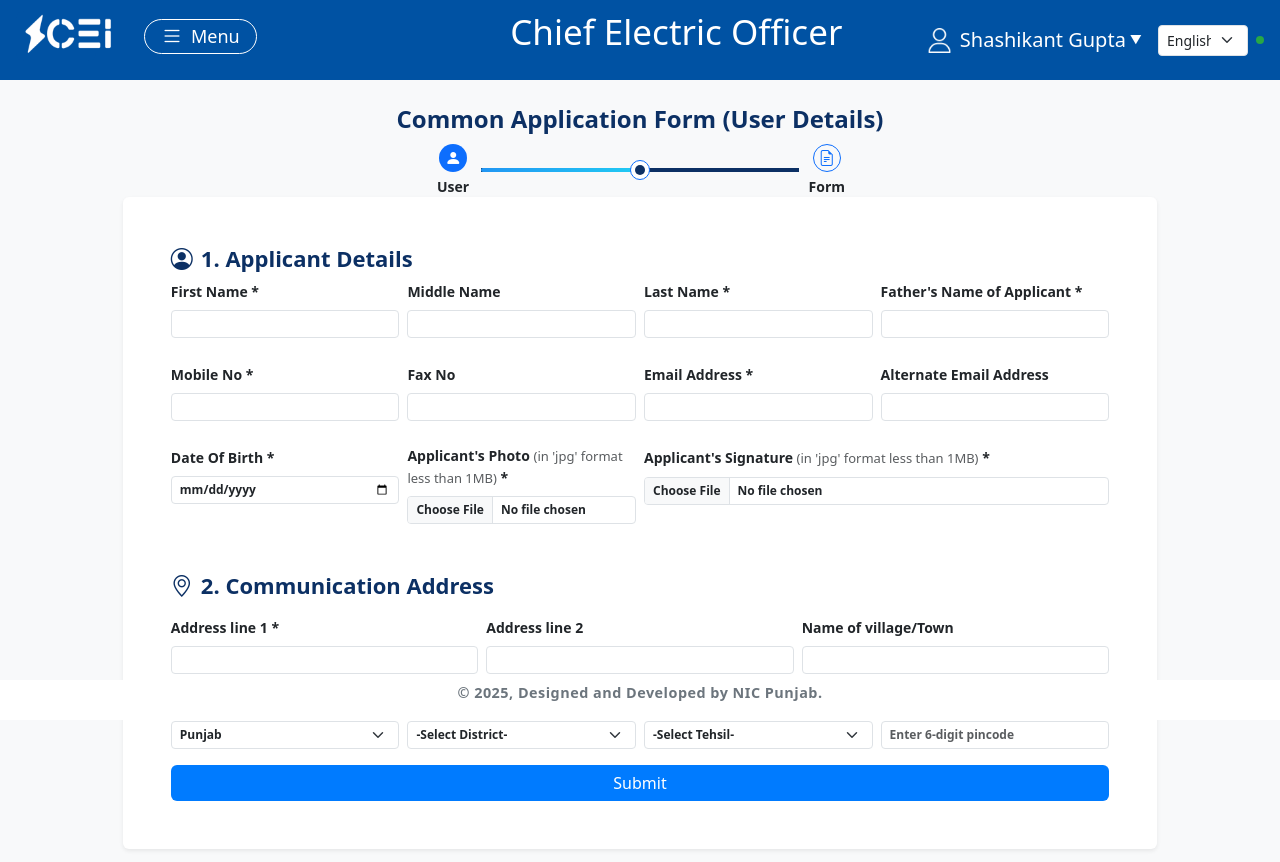
Repository: shashikantdev93-gif/CEI-sept
Page: /RegisterationForm
An editor plug-in stored every save of this project. The page is shown before and after a run of saves, followed by the edit.
The browser window is 1280 px wide. The pictures show the whole page.
The page's requests for data from a server got no answer. The project was rebuilt for these pictures with package versions that can differ from the ones it lists, and the page was loaded fresh each time. No one was signed in, and anything a server would have sent is missing. Also part of the build but not shown: vite.config.ts, src/styles/sidebar-zoom.css, src/components/PageComponent/Sidebar.tsx, src/components/PageComponent/Header2.tsx, src/components/PageComponent/PageHeader.tsx, src/components/Illustration/Illustration.tsx, src/components/CardContainer/CardContainer.tsx, src/hooks/useFormValidation.ts and 8 more. Imported but missing from the stored project, and not drawn on this page: src/components/ui.

Above is the page before, as saved 2025-07-28 08:43:51.

### src/index.css
:root {
  font-family: Inter, -apple-system, BlinkMacSystemFont, "Segoe UI", Roboto, "Helvetica Neue", Arial, sans-serif, "Apple Color Emoji", "Segoe UI Emoji", "Segoe UI Symbol";
  line-height: 1.5;
  font-weight: 400;

  color-scheme: light dark;
  color: rgba(255, 255, 255, 0.87);
  background-color: #242424;

  font-synthesis: none;
  text-rendering: optimizeLegibility;
  -webkit-font-smoothing: antialiased;
  -moz-osx-font-smoothing: grayscale;
}

a {
  font-weight: 500;
  color: #646cff;
  text-decoration: inherit;
}
a:hover {
  color: #535bf2;
}

/* Global Reset */
*, *::before, *::after {
  margin: 0;
  padding: 0;
  box-sizing: border-box;
}

html, body {
  margin: 0;
  padding: 0;
  width: 100%;
  height: 100%;
}

body {
  margin: 0;
  padding: 0;
}

h1 {
  font-size: 3.2em;
  line-height: 1.1;
}

button {
  border-radius: 8px;
  border: 1px solid transparent;
  padding: 0.6em 1.2em;
  font-size: 1em;
  font-weight: 500;
  font-family: inherit;
  background-color: #1a1a1a;
  cursor: pointer;
  transition: border-color 0.25s;
}
button:hover {
  border-color: #646cff;
}
button:focus,
button:focus-visible {
  outline: 4px auto -webkit-focus-ring-color;
}

@media (prefers-color-scheme: light) {
  :root {
    color: #213547;
    background-color: #ffffff;
  }
  a:hover {
    color: #747bff;
  }
  button {
    background-color: #f9f9f9;
  }
}

### src/App.tsx
import Router from "./router/router";
import './App.css'
import './styles/main.css'
import "bootstrap-icons/font/bootstrap-icons.css";

function App() {

  return <Router />;

}

export default App

### src/router/router.tsx

import { BrowserRouter as Router, Routes, Route } from "react-router-dom";
import BaseLayout from "../layouts/BaseLayout";
import Login from "../pages/login/login";
import Signup from "../pages/signup/signup";
import Register from "../pages/register/register";


const RouterPage = () => (
  <Router>
    <Routes>
      <Route path="/" element={<Login />} />
      <Route path="/login" element={<Login />} />
      <Route path="/signup" element={<Signup />} />
      <Route
        path="/RegisterationForm"
        element={
          <BaseLayout headerType="Header1">
            <Register />
          </BaseLayout>
        }
      />
    </Routes>
  </Router>
);

export default RouterPage;

### src/App.css
#root {
  margin: 0;
  padding: 0;
  width: 100%;
  height: 100%;
}

.logo {
  height: 6em;
  padding: 1.5em;
  will-change: filter;
  transition: filter 300ms;
}
.logo:hover {
  filter: drop-shadow(0 0 2em #646cffaa);
}
.logo.react:hover {
  filter: drop-shadow(0 0 2em #61dafbaa);
}

@keyframes logo-spin {
  from {
    transform: rotate(0deg);
  }
  to {
    transform: rotate(360deg);
  }
}

@media (prefers-reduced-motion: no-preference) {
  a:nth-of-type(2) .logo {
    animation: logo-spin infinite 20s linear;
  }
}

.card {
  padding: 2em;
}

.read-the-docs {
  color: #888;
}

### src/layouts/BaseLayout.tsx
import React from 'react';
import Header1 from '../components/PageComponent/Header1';
import Header2 from '../components/PageComponent/Header2';

type HeaderType = 'Header1' | 'Header2' | 'none';

interface BaseLayoutProps {
  headerType?: HeaderType;
  children: React.ReactNode;
}

const BaseLayout: React.FC<BaseLayoutProps> = ({ headerType = 'Header1', children }) => {
  const headers: Record<Exclude<HeaderType, 'none'>, React.ReactElement> = {
    Header1: <Header1 />,
    Header2: <Header2 />,
  };

  return (
    <>
      {headerType !== 'none' && headers[headerType]}
      <main>{children}</main>
    </>
  );
};

export default BaseLayout;

### src/components/PageComponent/Header1.tsx
'use client';
import React, { useState, useRef, useEffect } from 'react';
import Sidebar from './Sidebar';
import { useAuth } from '../../hooks/useAuth';
import { ToastService } from '../../utils';
import Logo from '../Logo/Logo';

const user = {
  name: 'Shashikant Gupta',
  profileImg: '/assets/images/user-icon.png',
};

const Header1: React.FC = () => {
  const [sidebarOpen, setSidebarOpen] = useState(false);
  const [dropdownOpen, setDropdownOpen] = useState(false);
  const dropdownRef = useRef<HTMLDivElement>(null);
  const { logout } = useAuth();

  const handleLogout = async () => {
    try {
      await logout();
      ToastService.success('Logged out successfully!');
    } catch (error) {
      ToastService.error('Logout failed. Please try again.');
    }
  };

  useEffect(() => {
    function handleClickOutside(event: MouseEvent) {
      if (dropdownRef.current && !dropdownRef.current.contains(event.target as Node)) {
        setDropdownOpen(false);
      }
    }
    if (dropdownOpen) {
      document.addEventListener('mousedown', handleClickOutside);
    } else {
      document.removeEventListener('mousedown', handleClickOutside);
    }
    return () => {
      document.removeEventListener('mousedown', handleClickOutside);
    };
  }, [dropdownOpen]);

  return (
    <>
      {sidebarOpen && <Sidebar isOpen={sidebarOpen} onClose={() => setSidebarOpen(false)} onLogout={handleLogout} />}
      <header className="position-fixed top-0 w-100 d-flex align-items-center px-3" style={{ height: 80, backgroundColor: '#0052a3', zIndex: 1000 }}>

        {/* Left: Logo & Title */}
        <div className="d-flex align-items-center flex-grow-1">
          <div className="d-flex align-items-center justify-content-between mb-2" style={{ minWidth: '80px', width: '80px' }} >
              <div className="d-flex align-items-center">
                <div className="header-logo-box me-3" style={{ display: 'flex', alignItems: 'center', backgroundColor: '#0052a3', borderRadius: '8px',width: '80px',minWidth: '80px', height: '50px' }}>
                  <Logo title="" subtitle="" titleColor="#fff" subtitleColor="#fff" />
                </div>
              </div>

              <div style={{ width: '150px' }}></div> {/* Spacer to balance the layout */}
            </div>

          {/* Sidebar Icon */}
         <button
            className="btn d-flex align-items-center mb-2 gap-2 px-3 py-0 ms-5 border border-white rounded-pill bg-transparent text-white"
            style={{ fontWeight: 500, fontSize: 18, minWidth: 90}}
            onClick={() => setSidebarOpen(true)}
            aria-label="Open sidebar"
          >
            <i className="bi bi-list" style={{ fontSize: 22 }}></i>
            <span>Menu</span>
          </button>
        </div>

        {/* Center: Title */}
        <div className="flex-grow-1 ms-5 d-flex align-items-center justify-content-center">
             <div className="title-box me-3 fw-bold" >
                  <h4 style={{ color: '#fff', fontSize: "35px", height: "50px", }}>Chief Electric Officer</h4>
                </div>
        </div>

        {/* Right: Profile & Language */}
        <div className="d-flex align-items-center gap-3">

          {/* Profile Info */}
          <div className="d-flex align-items-center position-relative" ref={dropdownRef} style={{ cursor: 'pointer' }} onClick={() => setDropdownOpen((v) => !v)}>
            <img
              src={user.profileImg}
              alt="Profile Icon"
              style={{
                width: 25,
                height: 25,
                objectFit: 'contain',
                filter: 'brightness(2) invert(1)'
              }}
              className="me-2"
            />
            <span className="text-white fw-medium" style={{ fontSize: 20 }}>
              {user.name}
            </span>
            <span className="ms-1 text-white" style={{ fontSize: 12 }}>▼</span>
            {dropdownOpen && (
              <div className="position-absolute end-0 mt-2 bg-white rounded shadow" style={{ minWidth: 160, zIndex: 100, top: '100%' }}>
                <div className="d-flex align-items-center gap-2 px-3 py-2 dropdown-item" style={{ cursor: 'pointer' }}>
                  <img src="/assets/images/view_pass.png" alt="Change Password" style={{ width: 20, height: 20, objectFit: 'contain' }} />
                  <span className="text-dark">Change Password</span>
                </div>
                <div className="d-flex align-items-center gap-2 px-3 py-2 dropdown-item" style={{ cursor: 'pointer' }} onClick={handleLogout}>
                  <img src="/assets/images/logout-icon.svg" alt="Logout" style={{ width: 18, height: 18, objectFit: 'contain' }} />
                  <span className="text-dark">Logout</span>
                </div>
              </div>
            )}
          </div>
          {/* Language & Status */}
          <div className="d-flex align-items-center gap-2">
            <select className="form-select form-select-sm" defaultValue="en" style={{ width: 90 }}>
              <option value="en">English</option>
              <option value="pn">ਪੰਜਾਬੀ</option>
            </select>
            <span style={{
              width: 8,
              height: 8,
              backgroundColor: '#28a745',
              borderRadius: '50%',
              display: 'inline-block'
            }}></span>
          </div>
        </div>
      </header>
    </>
  );
};

export default Header1;

### src/components/Logo/Logo.tsx
import React from "react";

interface LogoProps {
  title?: string;
  subtitle?: string;
  titleColor?: string;
}

const Logo: React.FC<LogoProps & { subtitleColor?: string }> = ({
  title = "Chief Electric ",
  subtitle = "Inspector",
  titleColor = "#0c3064",
  subtitleColor = "#0c3064",
}) => {
  return (
    <div className="mb-4 d-flex align-items-center">
      <img
        src="/assets/images/cei_logo.jpg"
        alt="Logo"
        style={{ height: "40px", width: "90px", marginTop: "20px", marginLeft: "8px" }}
      />
      <span className="fw-bold" style={{ fontSize: "27px", height: "30px", marginTop: "10px", marginLeft: "25px", color: titleColor, whiteSpace: "nowrap" }}>
        {title} <span style={{ color: subtitleColor }}>{subtitle}</span>
      </span>
    </div>
  );
};

export default Logo;

### src/components/Footer/Footer.tsx
import React from "react";

interface FooterProps {
  text?: string;
}

const Footer: React.FC<FooterProps> = ({
  text = "© 2025, Designed and Developed by NIC Punjab."
}) => {
  return (
    <div className="position-fixed bottom-0 w-100 text-center pb-3 bg-white" style={{ left: 0 }}>
      <span style={{ fontSize: '.9em', fontWeight: 800, color: '#6c757d', letterSpacing: '0.5px' }}>
        {text}
      </span>
    </div>
  );
};

export default Footer;

### src/utils/index.ts
export { default as authService } from './authService';
export * from './validators';
export * from './navigation';

### src/lib/index.ts
export { default as encryptionService } from './encryptionService';
export { default as API_CONFIG } from './config';

### src/utils/validators.ts

export interface ValidationResult {
  isValid: boolean;
  error?: string;
}

export class FormValidators {

  static required(value: string): ValidationResult {
    if (!value || value.trim().length === 0) {
      return {
        isValid: false,
        error: 'This field is required',
      };
    }
    return { isValid: true };
  }

static minLength(value: string, min: number): ValidationResult {
    if (value.length < min) {
      return {
        isValid: false,
        error: `Minimum length is ${min} characters`,
      };
    }
    return { isValid: true };
  }

static maxLength(value: string, max: number): ValidationResult {
    if (value.length > max) {
      return {
        isValid: false,
        error: `Maximum length is ${max} characters`,
      };
    }
    return { isValid: true };
  }

static email(value: string): ValidationResult {
    const emailRegex = /^[^\s@]+@[^\s@]+\.[^\s@]+$/;
    if (!emailRegex.test(value)) {
      return {
        isValid: false,
        error: 'Please enter a valid email address',
      };
    }
    return { isValid: true };
  }

static noSpaces(value: string): ValidationResult {
    const hasSpace = /\s/.test(value);
    if (hasSpace) {
      return {
        isValid: false,
        error: 'Spaces are not allowed',
      };
    }
    return { isValid: true };
  }

static username(value: string): ValidationResult {
    const requiredCheck = this.required(value);
    if (!requiredCheck.isValid) return requiredCheck;

    const minLengthCheck = this.minLength(value, 3);
    if (!minLengthCheck.isValid) return minLengthCheck;

    return { isValid: true };
  }

static password(value: string): ValidationResult {
    const requiredCheck = this.required(value);
    if (!requiredCheck.isValid) return requiredCheck;

    const minLengthCheck = this.minLength(value, 6);
    if (!minLengthCheck.isValid) return minLengthCheck;

    return { isValid: true };
  }

static captcha(value: string): ValidationResult {
    const requiredCheck = this.required(value);
    if (!requiredCheck.isValid) return requiredCheck;

    const lengthCheck = this.minLength(value, 4);
    if (!lengthCheck.isValid) return lengthCheck;

    const maxLengthCheck = this.maxLength(value, 4);
    if (!maxLengthCheck.isValid) return maxLengthCheck;

    return { isValid: true };
  }
}

### src/utils/navigation.ts

import type{ RoleName } from '../types';
import toast from 'react-hot-toast';

export class NavigationService {

  static getDashboardRoute(roleName: RoleName): string {
    let route: string;

    switch (roleName) {
      case 'CONS':
        route = '/dashboard';
        break;
      case 'XEN':
      case 'SUPP':
      case 'SDO':
      case 'CEI':
      case 'SUPT':
      case 'NDOF':
      case 'CLRK':
        route = '/dashboard/officer-dashboard';
        break;
      case 'ADMN':
        route = '/dashboard/admin-dashboard';
        break;
      case 'LICS':
        route = '/dashboard/license-dashboard';
        break;
      default:
        route = '/dashboard';
        break;
    }

    return route;
  }

static checkUserProfileStatus(userProfileId: string, projectSiteId: string, roleName: RoleName): string | null {
    console.log('NavigationService.checkUserProfileStatus called with:');
    console.log('  - userProfileId:', userProfileId, 'type:', typeof userProfileId);
    console.log('  - projectSiteId:', projectSiteId, 'type:', typeof projectSiteId);
    console.log('  - roleName:', roleName);

    // Only redirect to registration form if userProfileId is "0"
    if (userProfileId === "0") {
      const route = '/CommonApplicationFormUserDetails';
      console.log('NavigationService - userProfileId is "0", returning registration route:', route);
      return route;
    }

    if (userProfileId !== "0" && projectSiteId === "0") {
      const route = '/CommonApplicationFormEstablished';
      console.log('NavigationService - userProfileId filled but projectSiteId is "0", returning established form route:', route);
      return route;
    }

    // For all other cases, return null to allow normal navigation
    console.log('NavigationService - userProfileId is not "0", allowing normal navigation');
    return null;
  }
}
export class ToastService {
  static success(message: string): void {
    toast.success(message, {
      duration: 3000,
      position: 'top-right',
    });
  }

  static error(message: string): void {
    toast.error(message, {
      duration: 4000,
      position: 'top-right',
    });
  }

  static warning(message: string): void {
    toast(message, {
      icon: '⚠️',
      duration: 3000,
      position: 'top-right',
    });
  }

  static info(message: string): void {
    toast(message, {
      icon: 'ℹ️',
      duration: 3000,
      position: 'top-right',
    });
  }
}

### src/lib/encryptionService.ts
import * as forge from 'node-forge';
import * as CryptoJS from 'crypto-js';

class EncryptionService {
  private publicKeyPem: string;
  private ki: string;
  private iv: string;

  constructor() {
    this.publicKeyPem = `-----BEGIN PUBLIC KEY-----
MIIBIjANBgkqhkiG9w0BAQEFAAOCAQ8AMIIBCgKCAQEAwjsOR/w7ExDCRyZyrGVW
xkiJDBaIoNHYABOnpctmmcKA+G0oEWsBhOsmI98Tsx6w47Bwokc43aulzyw2phiV
h0+lU+kno9mnrxzfRCJWwknK7tfkY2ZfkizyLJZQljqX4o7r14y5BAEMgUWiN3Xt
Vrs0fgyw954To+G/803gsaaodbr4CVUDOaLnWAn3mjSKLfU3cK9Bug59AObhcwsM
lVKA72JF2wC4IERMGgCbRjgISSjpLmaEmF8IOLfFneQY+8QDlu80ob7mA/JV74dD
vr7UlGZ+bwKx6rz7Mg7nWRUvgR5RKsZh/muyeVi4pBwuAlehblQ9FnjR6YM/4eB1
+QIDAQAB
-----END PUBLIC KEY-----`;

    this.ki = 'ruX(aPP4X1sL9LnvA2M^a$K17mKZS6LC';
    this.iv = 'VcHa4Mn*gUvDujnN';
  }

setForm(data: string): { encryptedData1: string, encryptedData2: string, encryptedData3: string } {
    const aesKey = forge.random.getBytesSync(32);
    const iv = forge.random.getBytesSync(16);
    const cipher = forge.cipher.createCipher('AES-CBC', aesKey);
    cipher.start({ iv: iv });
    cipher.update(forge.util.createBuffer(data, 'utf8'));
    cipher.finish();
    const encryptedData1 = forge.util.encode64(cipher.output.getBytes());
    const rsa = forge.pki.publicKeyFromPem(this.publicKeyPem);
    const encryptedData2 = forge.util.encode64(rsa.encrypt(aesKey, 'RSA-OAEP', { md: forge.md.sha256.create() }));
    const encryptedData3 = forge.util.encode64(iv);
    const result = { encryptedData1, encryptedData2, encryptedData3 };
    return result;
  }

set(value: string): string {
    const key = CryptoJS.enc.Utf8.parse(this.ki);
    const iv = CryptoJS.enc.Utf8.parse(this.iv);
    const encrypted = CryptoJS.AES.encrypt(
      CryptoJS.enc.Utf8.parse(value.toString()),
      key,
      {
        keySize: 128 / 8,
        iv: iv,
        mode: CryptoJS.mode.CBC,
        padding: CryptoJS.pad.Pkcs7,
      }
    );

    const result = encrypted.toString();
    return result;
  }

get(value: string): string {
    const key = CryptoJS.enc.Utf8.parse(this.ki);
    const iv = CryptoJS.enc.Utf8.parse(this.iv);
    const decrypted = CryptoJS.AES.decrypt(value, key, {
      keySize: 128 / 8,
      iv: iv,
      mode: CryptoJS.mode.CBC,
      padding: CryptoJS.pad.Pkcs7,
    });

    const result = decrypted.toString(CryptoJS.enc.Utf8);
    return result;
  }

decrypt(value: string): string {
    return this.get(value);
  }

encrypt(value: string): string {
    return this.set(value);
  }

debugEncryption = (value: string) => {
const encrypted = this.set(value);
console.log('🔐 [ENCRYPTION-DEBUG] Input:', value);
console.log('🔐 [ENCRYPTION-DEBUG] Output:', encrypted);
console.log('🔐 [ENCRYPTION-DEBUG] Output length:', encrypted.length);
console.log('🔐 [ENCRYPTION-DEBUG] Contains Base64 chars:', /[+/=]/.test(encrypted));
return encrypted;
};

}


const encryptionService = new EncryptionService();

export default encryptionService;

### src/lib/config.ts

const API_CONFIG = {
  BASE_URL: import.meta.env.VITE_API_URL || 'http://localhost:5143/api',

  ENDPOINTS: {
    AUTH: {
      LOGIN: '/Auth/Login',
      CAPTCHA: '/Auth/GetCaptchaImage',
      LOGOUT: '/Auth/Logout',
      REFRESH_TOKEN: '/Auth/RefreshToken',
    },
    USER: {
      PROFILE: '/User/Profile',
      UPDATE_PROFILE: '/User/UpdateProfile',
    },
  },

  TIMEOUT: 30000,

  DEFAULT_HEADERS: {
    'Content-Type': 'application/json',
    'Accept': 'application/json',
  },
};

export default API_CONFIG;

Loaded but not shown: index.html (common file); src/main.tsx (common file); src/pages/register/register.tsx (298 lines, source omitted); src/lib/interceptor.ts (340 lines, source omitted); src/hooks/useAuth.ts (214 lines, source omitted); src/styles/main.css (310 lines, source omitted); src/utils/authService.ts (191 lines, source omitted)

After the next 3 saves:
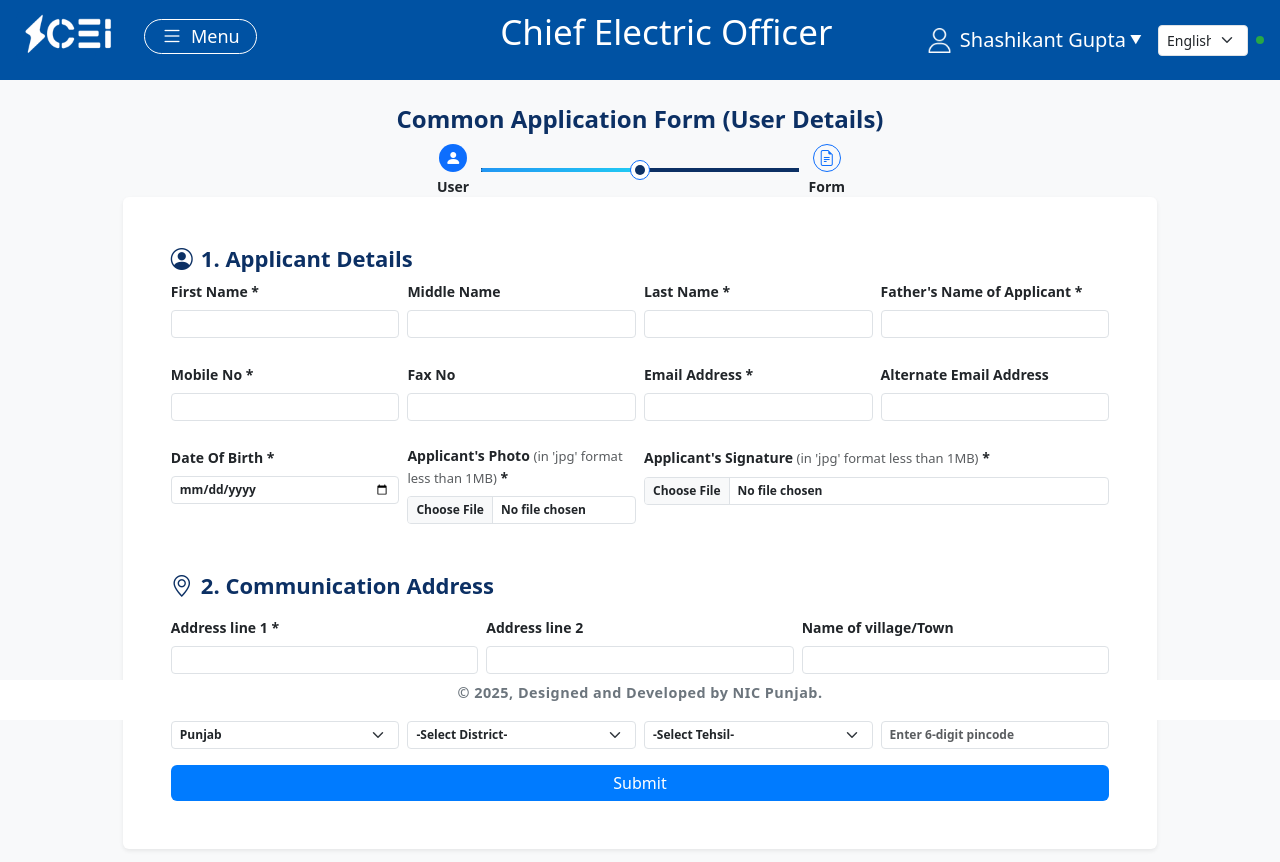
The 3 saves are shown as one change because they came seconds apart.
The last was saved 10 s later.
--- a/src/components/PageComponent/Header1.tsx
+++ b/src/components/PageComponent/Header1.tsx
@@ -71,7 +71,7 @@
         </div>
 
         {/* Center: Title */}
-        <div className="flex-grow-1 ms-5 d-flex align-items-center justify-content-center">
+        <div className="flex-grow-1 ms-2 d-flex align-items-center justify-content-center">
              <div className="title-box me-3 fw-bold" >
                   <h4 style={{ color: '#fff', fontSize: "35px", height: "50px", }}>Chief Electric Officer</h4>
                 </div>
